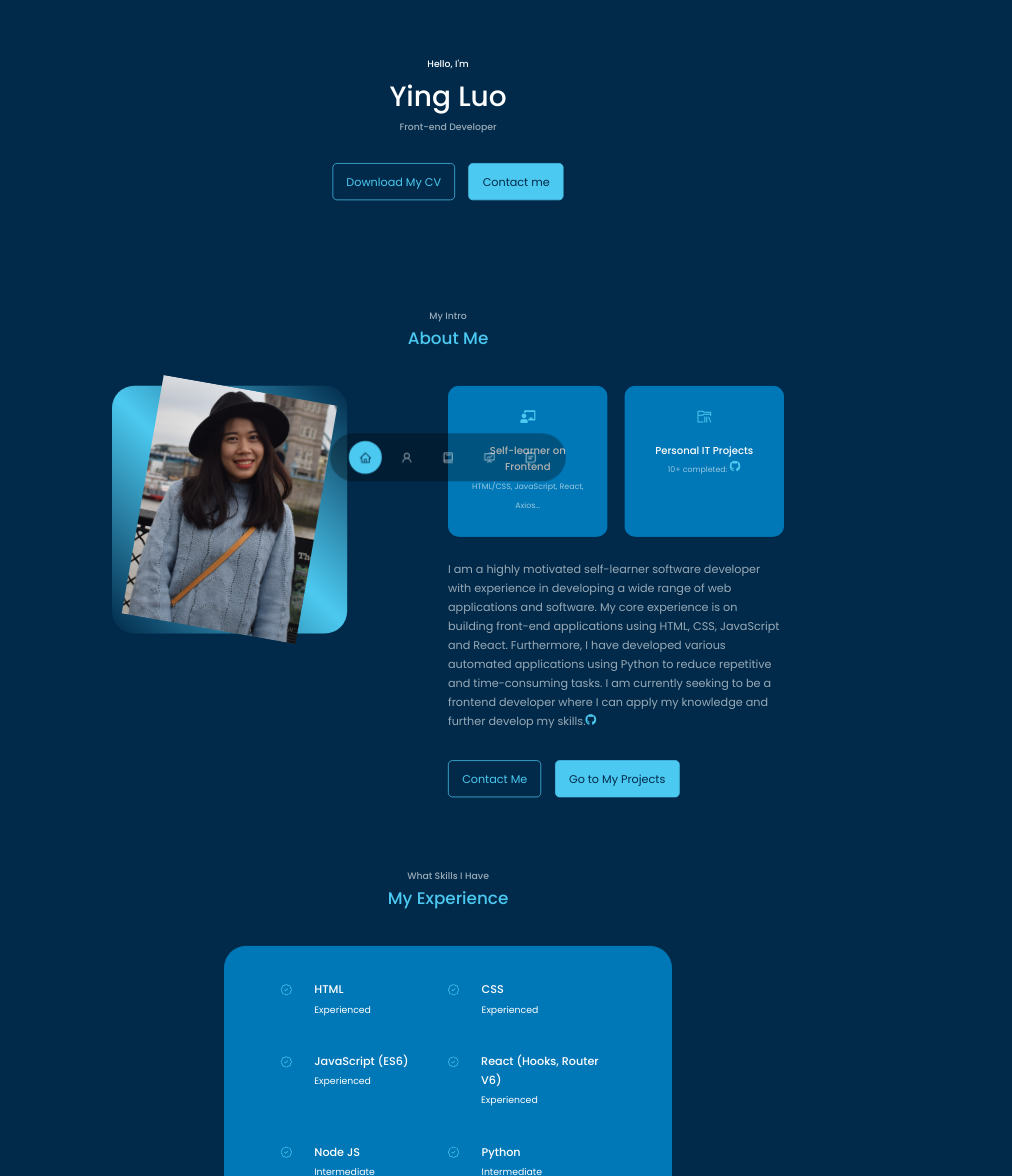
Repository: yingluo1020/react-portfolio-website
Page: /
The author's editor kept a copy of each file at every save. The page is drawn from the files as they stood at one save, then again after the next save.
The browser window is 1280 px wide. The page is 1446 px wide, so the pictures cover 1446 px, including what lies to the right of the window. The pictures show the part of the page from y = 0 to 1680 px (the page is 3983 px tall before and 3663 px after), at 70% of full size.
The project was rebuilt for these pictures with package versions that can differ from the ones it lists, and the page was loaded fresh each time. Imported but missing from the stored project, and not drawn on this page: src/assets/cv1.pdf.

Above is the page before, as saved 2022-03-16 10:44:28.

After the next save:
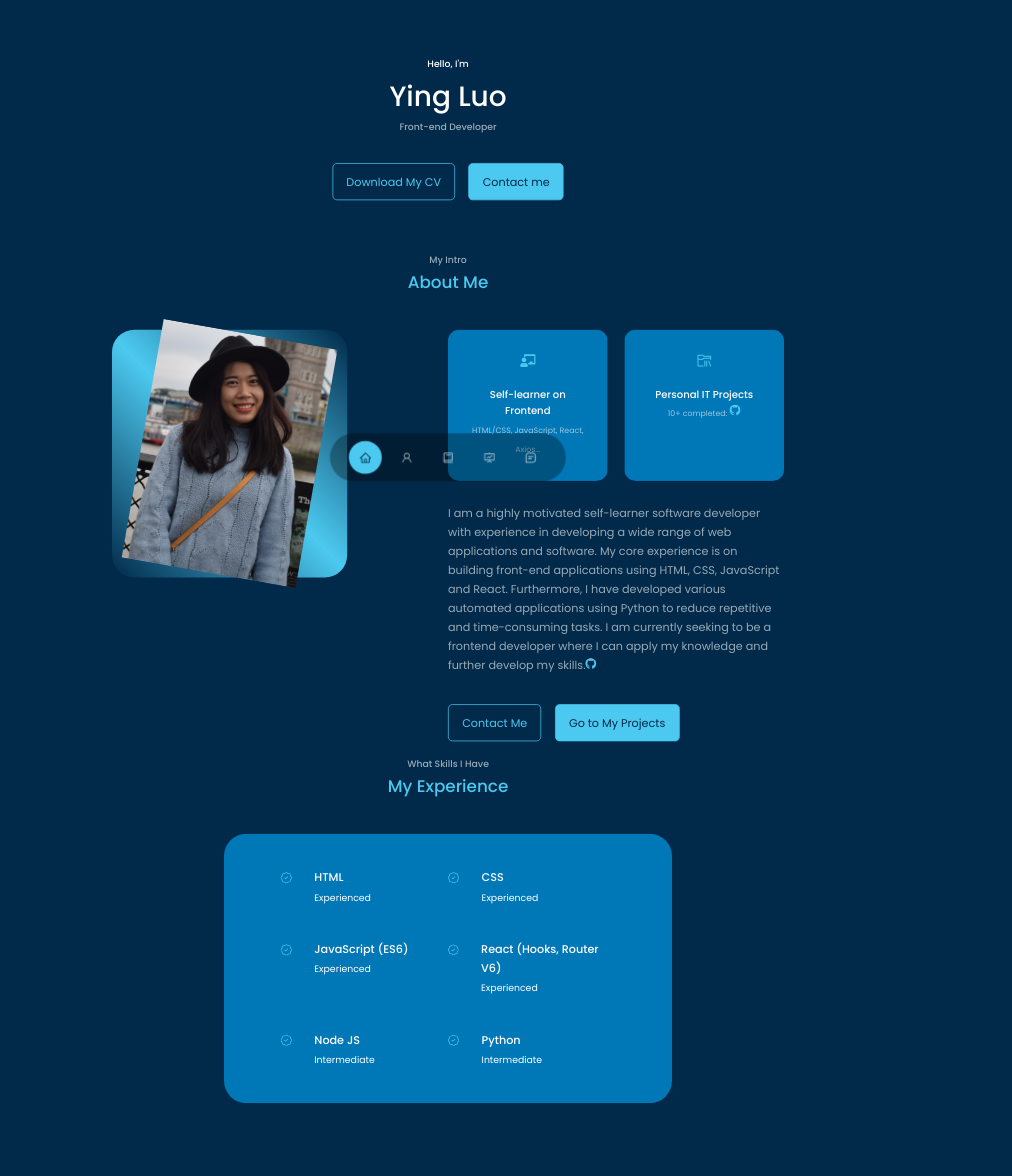
Saved 30 s later.
--- a/src/index.css
+++ b/src/index.css
@@ -59,7 +59,6 @@ h1 {
 }
 
 section {
-    margin-top: 5rem;
     min-height: 100vh;
 }
 
